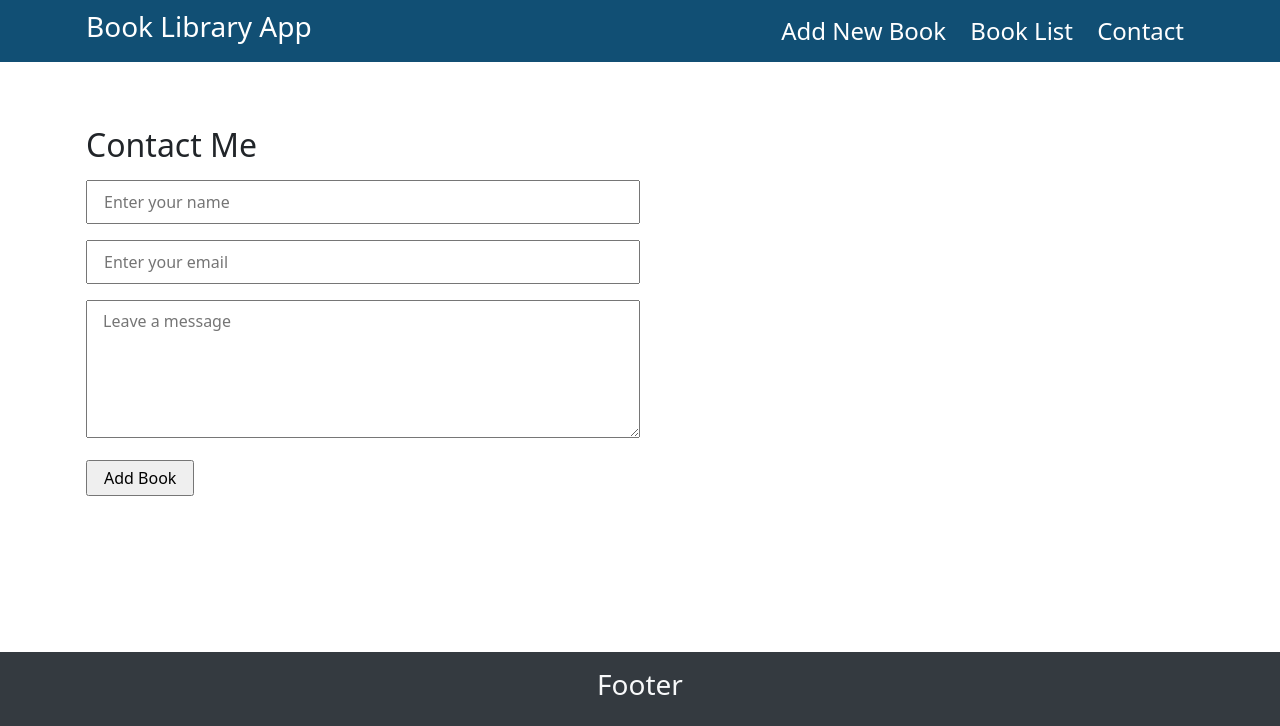
Repository: just-mann/booklibrary-app
Page: http://localhost/contact
An editor plug-in stored every save of this project. The page is shown before and after the next save, followed by the edit.
The browser window is 1280 px wide. The pictures show the whole page.
The page is served by the project's Node server (app.js).

Above is the page before, as saved 2021-06-06 04:15:06.

After the next save:
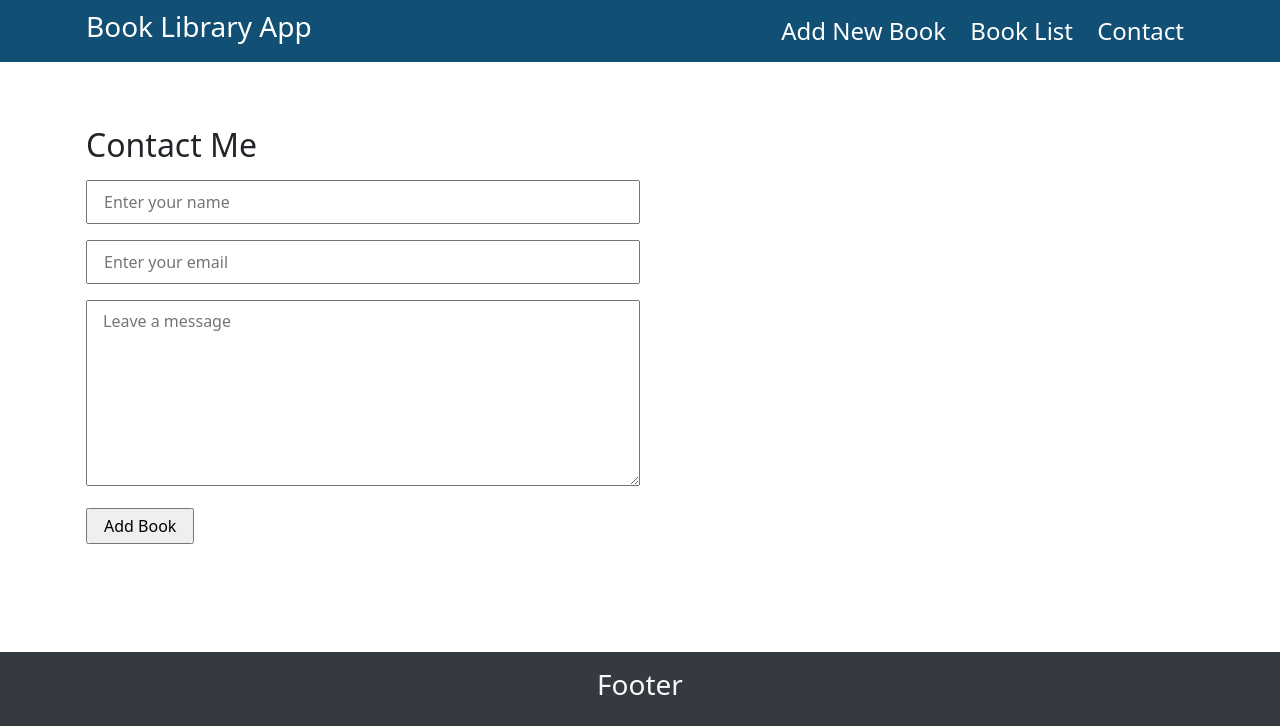
Saved 9 s later.
--- a/views/contact.ejs
+++ b/views/contact.ejs
@@ -14,7 +14,7 @@
                   <input class="px-3 py-2 author w-100" type="text" name="author" id="author" placeholder="Enter your email">
                 </div>
                 <div class="my-3">
-                  <textarea class="px-3 py-2 w-100" name="message" id="" cols="30" rows="5" placeholder="Leave a message"></textarea>
+                  <textarea class="px-3 py-2 w-100" name="message" id="" cols="30" rows="7" placeholder="Leave a message"></textarea>
                 </div>
                 <div class="my-3">
                   <input class="px-3 py-1 submitBtn" type="submit" value="Add Book">
